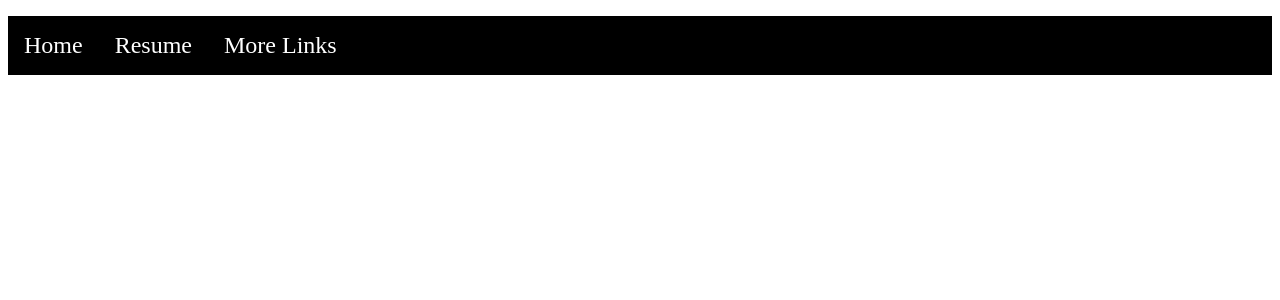
Repository: Luis6969/Luis6969.github.io
Page: resume.html
The author's editor kept a record of every edit. The page is drawn from the files as they stood at one moment, then again after the next edit.
The browser window is 1280 px wide. The pictures show the whole page.

Above is the page before.

After the next edit:
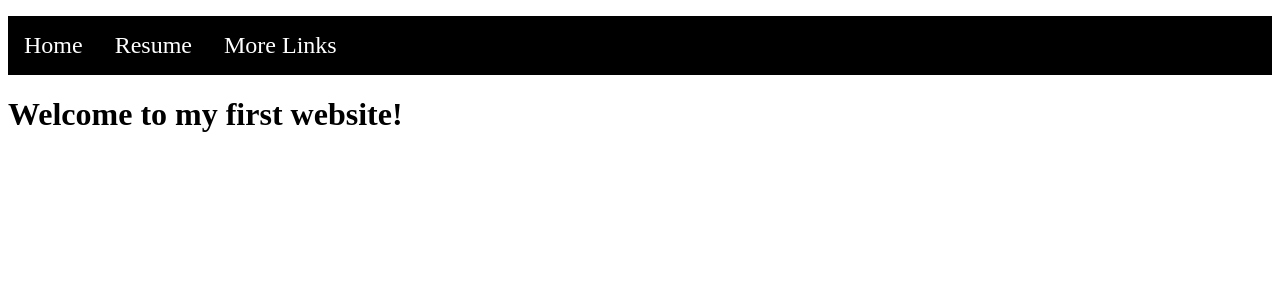
The edit:
--- a/resume.html
+++ b/resume.html
@@ -61,3 +61,6 @@
 
   </body>
 </html>
+
+
+<h1><b>Welcome to my first website!</b></h1>
